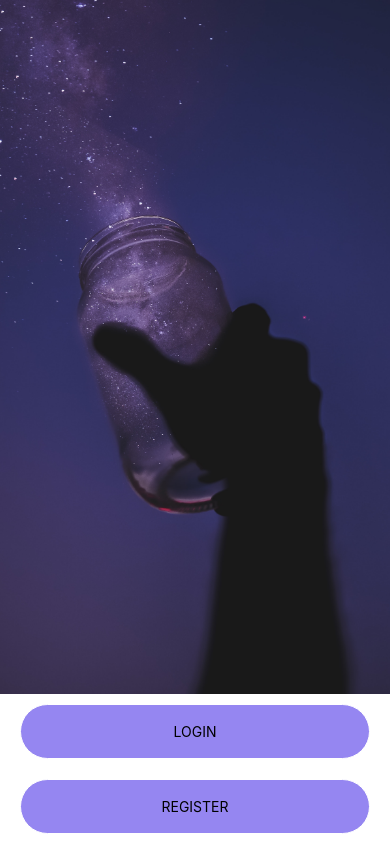
Repository: farrelmuhammad/project-react-native
Screen: /
These files come from the project's save history. The screen is drawn as it stood at one moment and after the next save; the edit follows.
The app was drawn by React Native's web renderer in a window 390 px wide. The project was rebuilt for these pictures with package versions that can differ from the ones it lists, and the page was loaded fresh each time.

Above is the screen before, as saved 2023-01-09 11:57:17.

### App.js
import { StatusBar } from 'expo-status-bar';
import styles from './styles'
import Svg, { Image } from 'react-native-svg';
import { Dimensions, Text, View } from 'react-native';

export default function App() {
  const { height, width } = Dimensions.get('window');

  return (
    <View style={styles.container}>
      <View style={StyleSheet.absoluteFill}>
        <Svg height={height} width={width}>
          <Image
            href={require('./assets/login-background.jpg')}
            width={width}
            height={height}
            preserveAspectRatio="xMidYMid slice"
          />
        </Svg>
        <View style={styles.button}>
          <Text style={styles.buttonText}>LOGIN</Text>
        </View>
        <View style={styles.button}>
          <Text style={styles.buttonText}>REGISTER</Text>
        </View>
      </View>
    </View>
  );
}

### styles.js
import { StyleSheet, Text, View } from 'react-native';

const styles = StyleSheet.create({
    container: {
        flex: 1,
        justifyContent: 'flex-end',
    },
    button: {
        backgroundColor: 'rgba(123, 104, 238, 0.8)',
        height: 55,
        alignItems: 'center',
        justifyContent: 'center',
        borderRadius: 35,
        marginHorizontal: 20,
        marginVertical: 10,
        borderWidth: 1,
        borderColor: 'white'
    }
});

export default styles;

After the next save:
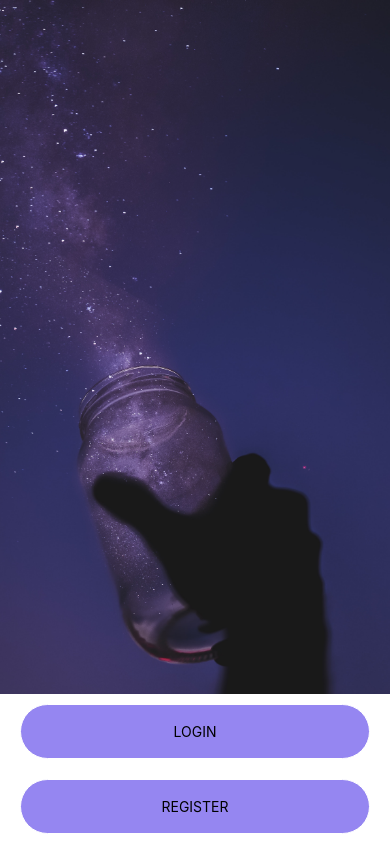
Saved 19 s later.
--- a/App.js
+++ b/App.js
@@ -1,7 +1,7 @@
 import { StatusBar } from 'expo-status-bar';
 import styles from './styles'
 import Svg, { Image } from 'react-native-svg';
-import { Dimensions, Text, View } from 'react-native';
+import { Dimensions, StyleSheet, Text, View } from 'react-native';
 
 export default function App() {
   const { height, width } = Dimensions.get('window');
